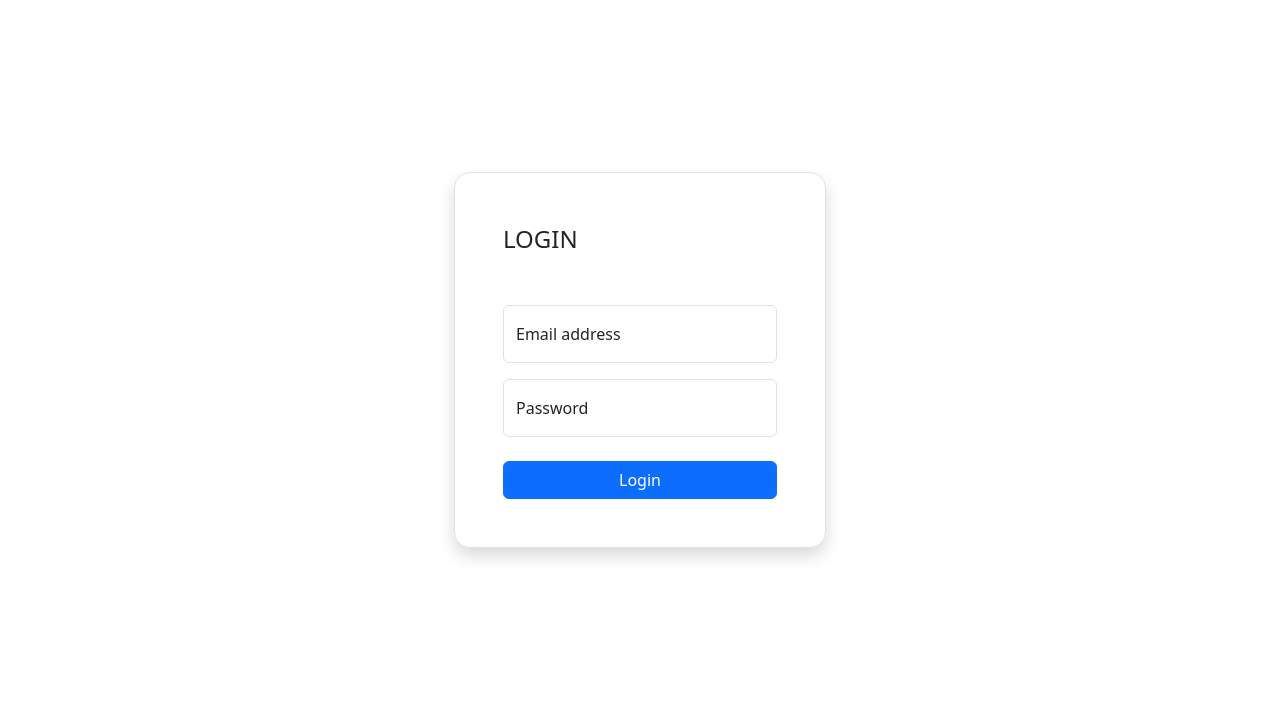
Repository: jaevoy2/lara_demo
Page: http://localhost/
An editor plug-in stored every save of this project. The page is shown before and after the next save, followed by the edit.
The browser window is 1280 px wide. The pictures show the whole page.
The page is served by the project's Laravel application, run on PHP 8.4 with Laravel 12. Other server files are loaded and not shown.

Above is the page before, as saved 2026-07-06 22:56:03.

### routes/web.php
<?php

use Illuminate\Support\Facades\Route;
use App\Http\Controllers\StudentController;


Route::get('/', function () {
    return view('login');
});

Route::get('/dashboard', function () {
    return view('dashboard');
});

### resources/views/login.blade.php
@extends('_layout._auth-head')

@section('content')
    <div class="container d-flex flex-column justify-content-center align-items-center vh-100">
        <div class="container d-flex flex-column justify-content-center col-4 p-5 border rounded shadow rounded-4">
            <p class="mb-5 fs-4">LOGIN</p>
            <div class="form-floating mb-3">
                <input type="email" class="form-control" id="floatingInput" placeholder="name@example.com">
                    <label for="floatingInput">Email address</label>
            </div>
            <div class="form-floating mb-4">
                <input type="password" class="form-control" id="floatingPassword" placeholder="Password">
                <label for="floatingPassword">Password</label>
            </div>
            <button type="button" class="btn btn-primary btn-large">Login</button>
        </div>
    </div>

@endsection

### resources/views/_layout/_auth-head.blade.php
<!DOCTYPE html>
<html lang="en">
<head>
    <meta charset="UTF-8">
    <meta name="viewport" content="width=device-width, initial-scale=1.0">
    <link href="https://cdn.jsdelivr.net/npm/bootstrap@5.3.8/dist/css/bootstrap.min.css" rel="stylesheet" integrity="sha384-sRIl4kxILFvY47J16cr9ZwB07vP4J8+LH7qKQnuqkuIAvNWLzeN8tE5YBujZqJLB" crossorigin="anonymous">
    <link rel="stylesheet" href="{{ asset('css/styles.css') }}">
    <title>Document</title>
</head>
<body>

    @yield('content')

    <script src="https://cdn.jsdelivr.net/npm/bootstrap@5.3.8/dist/js/bootstrap.bundle.min.js" integrity="sha384-FKyoEForCGlyvwx9Hj09JcYn3nv7wiPVlz7YYwJrWVcXK/BmnVDxM+D2scQbITxI" crossorigin="anonymous"></script>
</body>
</html>

After the next save:
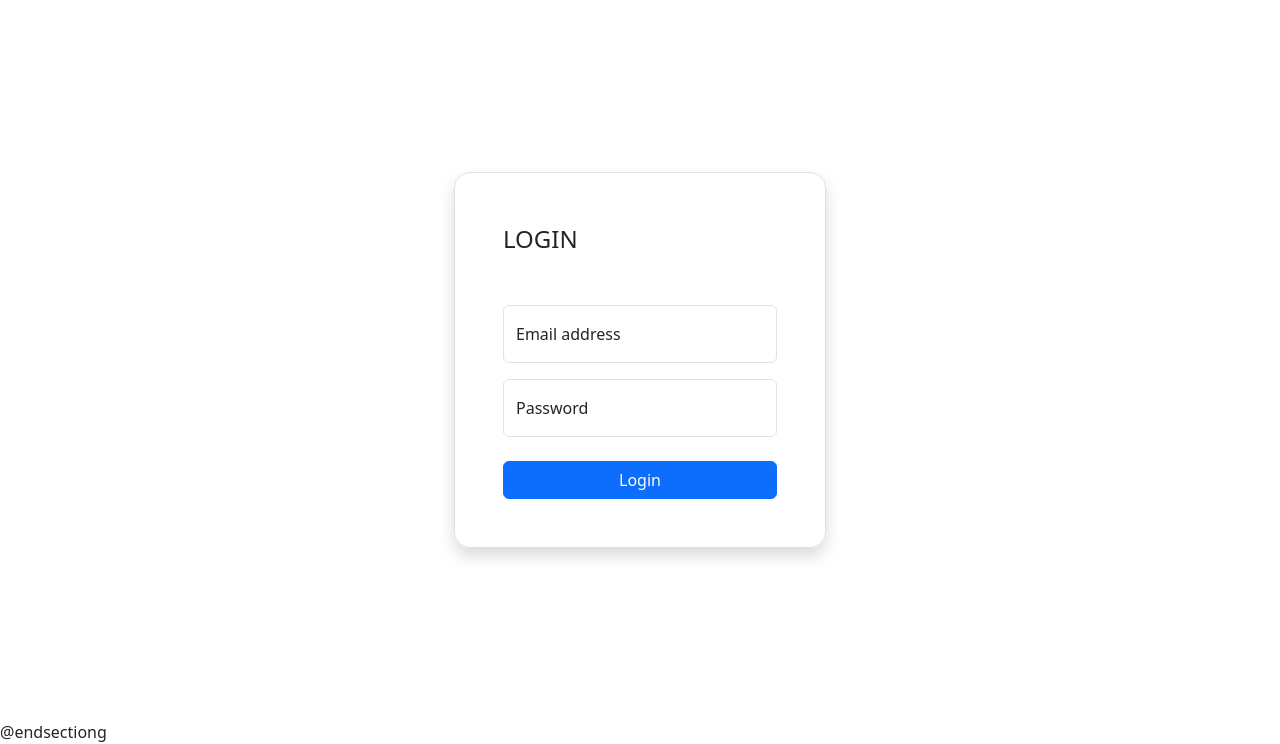
Saved 27 s later.
--- a/resources/views/login.blade.php
+++ b/resources/views/login.blade.php
@@ -12,8 +12,8 @@
                 <input type="password" class="form-control" id="floatingPassword" placeholder="Password">
                 <label for="floatingPassword">Password</label>
             </div>
-            <button type="button" class="btn btn-primary btn-large">Login</button>
+            <button type="button" class="btn btn-primary btn-l">Login</button>
         </div>
     </div>
 
-@endsection
+@endsectiong
